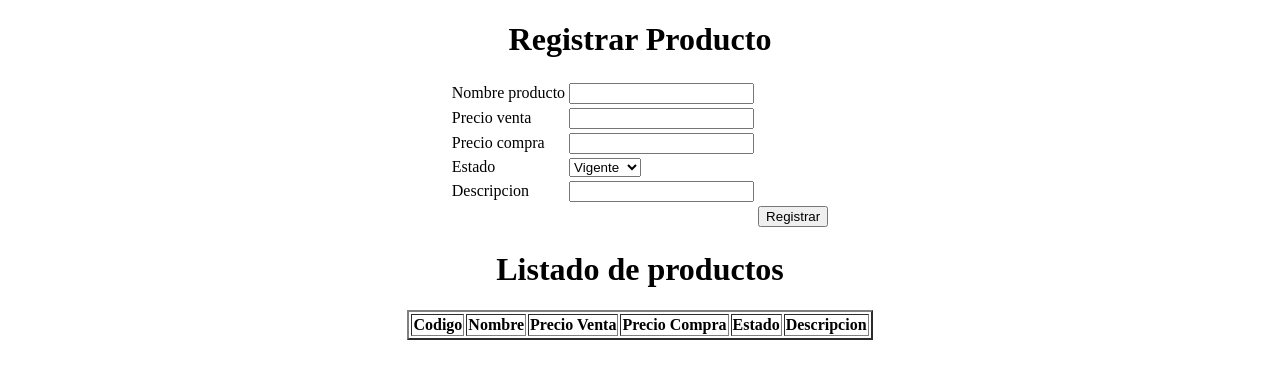
Repository: NayshaOCruz98/CL2ORTIZ
Page: http://localhost/LPII_CL2_ORTIZCRUZNAYSHA/ControladorServletprod
An editor plug-in stored every save of this project. The page is shown before and after the next save, followed by the edit.
The browser window is 1280 px wide. The pictures show the whole page.
The page is served by Tomcat 9. Other server files are loaded and not shown.

Above is the page before, as saved 2023-10-24 21:36:47.

### LPII_CL2_ORTIZCRUZNAYSHA/src/main/webapp/RegistrarProducto.jsp
<%@ page language="java" contentType="text/html; charset=ISO-8859-1"
    pageEncoding="ISO-8859-1"%>
<%@page import="model.TblProductocl2" %>
<%@page import="java.util.*" %>
<!DOCTYPE html PUBLIC "-//W3C//DTD HTML 4.01 Transitional//EN" "http://www.w3.org/TR/html4/loose.dtd">
<html>
<head>
<meta http-equiv="Content-Type" content="text/html; charset=ISO-8859-1">
<title>Registrar producto</title>
</head>
<body>
<h1 align="center">Registrar Producto</h1>
<form action="ControladorServletprod" method="post">

<table align="center">
<tr>
<td>Nombre producto</td>
<td><input type="text" name="nombre"></td>
</tr>
<tr>
<td>Precio venta</td>
<td><input type="text" name="precioventa"></td>
</tr>
<tr>
<td>Precio compra</td>
<td><input type="text" name="PrecioCompra"></td>
</tr>
<tr>
<td>Estado</td>
<td>
<select name="estado">
	<option>Vigente</option>
	<option>Agotado</option>
</select>
</td>
</tr>
<tr>
<td>Descripcion</td>
<td><input type="text" name="descrip"></td>
</tr>
<tr>
<td colspan="2" ></td>
<td align="center"><input type="submit" name="Registra Producto" value="Registrar">
</td>
</tr>
</table>
</form>
<!--  <td><input type="submit" name="Registra Producto"></td>-->

<h1 align="center">Listado de productos</h1>
<table align="center" border="2">
<tr>
<th>Codigo</th>
<th>Nombre</th>
<th>Precio Venta</th>
<th>Precio Compra</th>
<th>Estado</th>
<th>Descripcion</th>

<%
List<TblProductocl2> Listadoproducto=(List<TblProductocl2>)request.getAttribute("listado");
if(Listadoproducto!=null){
	for(TblProductocl2 lis:Listadoproducto){
%>
<tr>
<td>
<%=lis.getIdproducto() %>
</td>
<td>
<%=lis.getNombrecl2() %>
</td>
<td>
<%=lis.getPrecioventacl2() %>
</td>
<td>
<%=lis.getPreciocompracl2() %>
</td>
<td>
<%=lis.getEstadocl2() %>
</td>
<td>
<%=lis.getDescripcioncl2() %>
</td>
</tr>
<%

	}
}
%>
</table>
</body>
</html>

### LPII_CL2_ORTIZCRUZNAYSHA/src/main/java/Controlador/ControladorServletprod.java
package Controlador;

import java.io.IOException;
import java.util.List;

import javax.servlet.ServletException;
import javax.servlet.http.HttpServlet;
import javax.servlet.http.HttpServletRequest;
import javax.servlet.http.HttpServletResponse;

import Dao.ClassCrudProducto;
import model.TblProductocl2;

/**
 * Servlet implementation class ControladorServletprod
 */
public class ControladorServletprod extends HttpServlet {
	private static final long serialVersionUID = 1L;

    /**
     * @see HttpServlet#HttpServlet()
     */
    public ControladorServletprod() {
        super();
        // TODO Auto-generated constructor stub
    }

	/**
	 * @see HttpServlet#doGet(HttpServletRequest request, HttpServletResponse response)
	 */
	protected void doGet(HttpServletRequest request, HttpServletResponse response) throws ServletException, IOException {
		// TODO Auto-generated method stub
		//response.getWriter().append("Served at: ").append(request.getContextPath());
		request.getRequestDispatcher("/RegistrarProducto.jsp").forward(request, response);
	}

	/**
	 * @see HttpServlet#doPost(HttpServletRequest request, HttpServletResponse response)
	 */
	protected void doPost(HttpServletRequest request, HttpServletResponse response) throws ServletException, IOException {
		// TODO Auto-generated method stub
		//doGet(request, response);
		String nombre=request.getParameter("nombre");
		double precioV=Double.parseDouble(request.getParameter("precioventa"));
		double precioC=Double.parseDouble(request.getParameter("PrecioCompra"));
		String estado=request.getParameter("estado");
		String descrip=request.getParameter("descrip");

		TblProductocl2 tprod = new TblProductocl2();
		ClassCrudProducto crud= new ClassCrudProducto();

		tprod.setNombrecl2(nombre);
		tprod.setPrecioventacl2(precioV);
		tprod.setPreciocompracl2(precioC);
		tprod.setEstadocl2(estado);
		tprod.setDescripcioncl2(descrip);

		crud.RegistrarProducto(tprod);
		List<TblProductocl2> listarproducto=crud.ListadoProducto();
		request.setAttribute("listado", listarproducto);
		request.getRequestDispatcher("/RegistrarProducto.jsp").forward(request, response);


	}

}

After the next save:
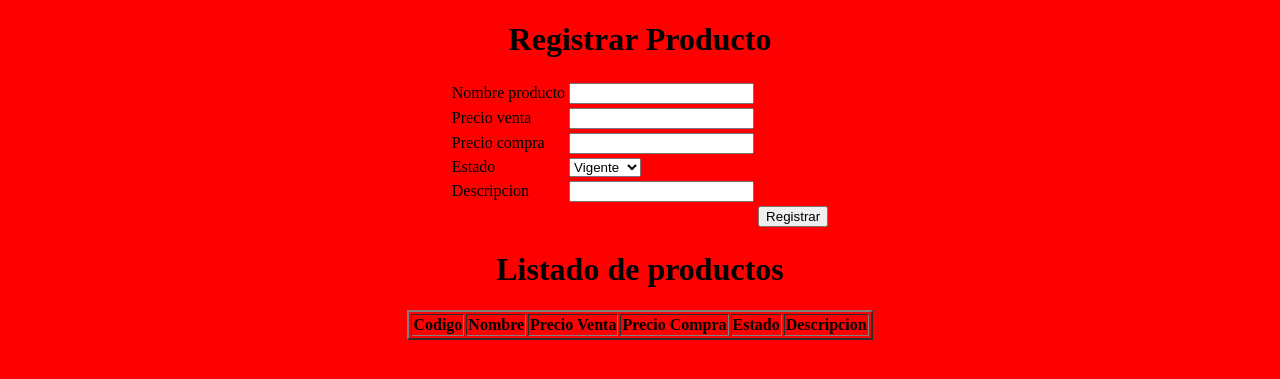
Saved 2 min 24 s later.
--- a/LPII_CL2_ORTIZCRUZNAYSHA/src/main/webapp/RegistrarProducto.jsp
+++ b/LPII_CL2_ORTIZCRUZNAYSHA/src/main/webapp/RegistrarProducto.jsp
@@ -89,4 +89,10 @@
 %>
 </table>
 </body>
+<style>
+	body{
+		background-color: red;
+	}
+
+</style>
 </html>

After the 2 saves that followed:
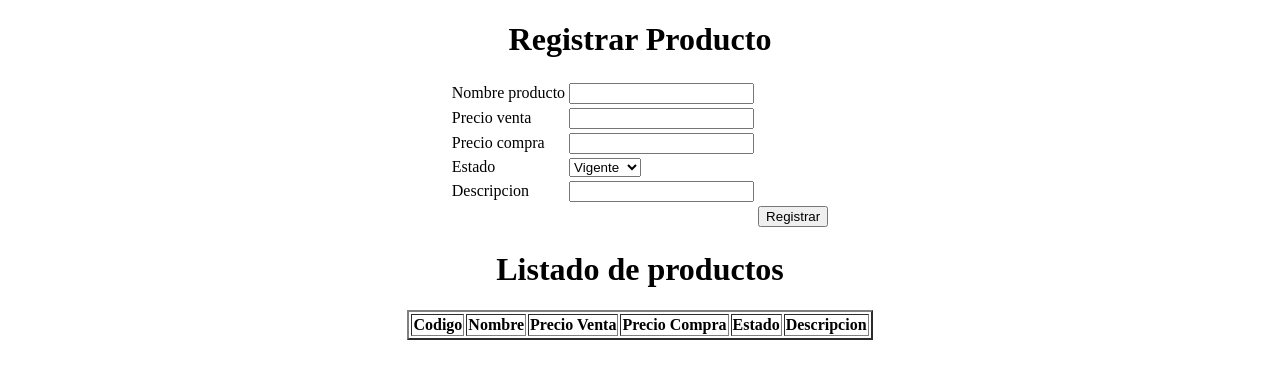
The 2 saves are shown as one change because 1 left the picture as it was.
The last was saved 43 s later.
--- a/LPII_CL2_ORTIZCRUZNAYSHA/src/main/webapp/RegistrarProducto.jsp
+++ b/LPII_CL2_ORTIZCRUZNAYSHA/src/main/webapp/RegistrarProducto.jsp
@@ -88,11 +88,7 @@
 }
 %>
 </table>
+
 </body>
-<style>
-	body{
-		background-color: red;
-	}
 
-</style>
 </html>
